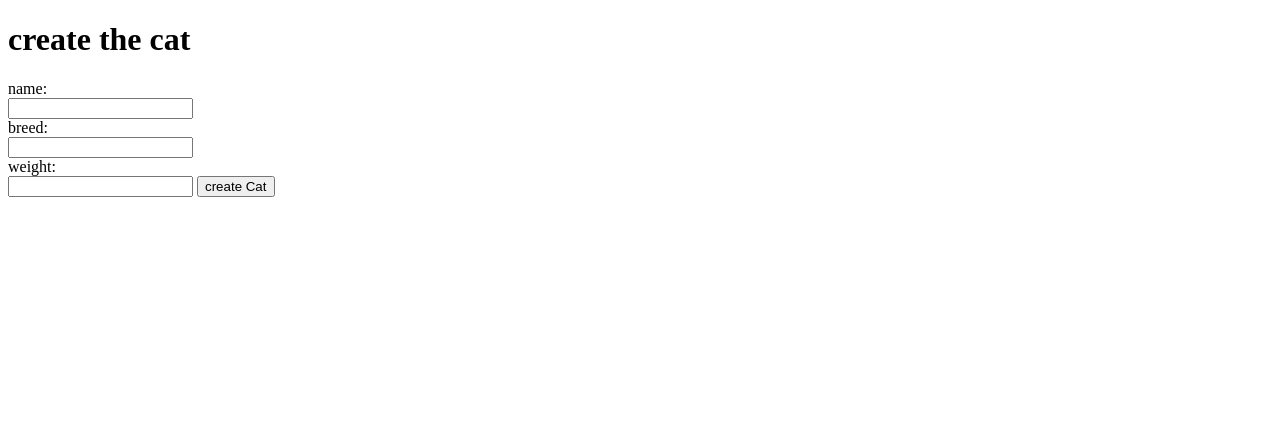
Repository: santsah11/javaStack
Page: http://localhost/ptes/Home
An editor plug-in stored every save of this project. The page is shown before and after the next save, followed by the edit.
The browser window is 1280 px wide. The pictures show the whole page.
The page is served by Tomcat 9.

Above is the page before, as saved 2018-12-01 01:52:18.

After the next save:
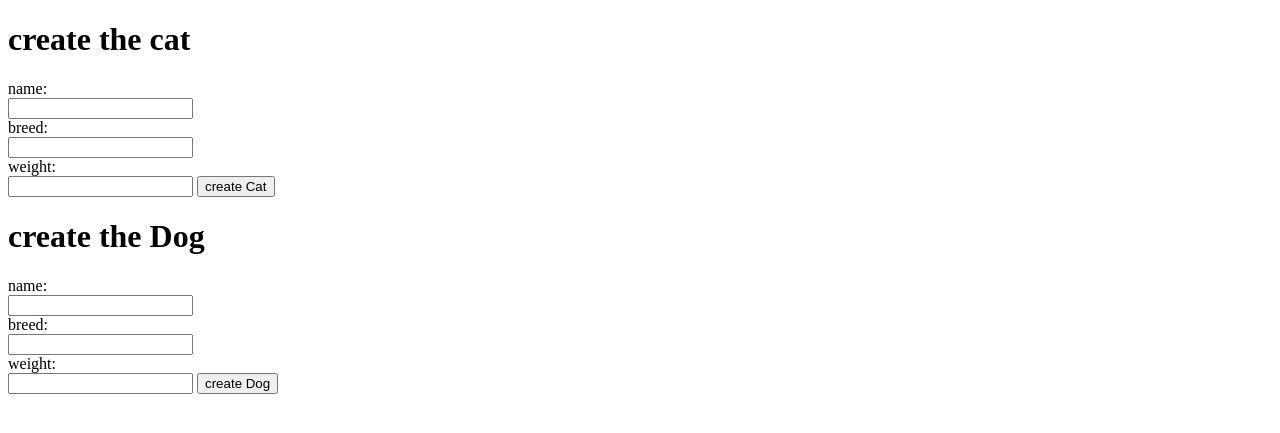
Saved 27 s later.
--- a/javaOntheWeb/ptes/WebContent/WEB-INF/index.jsp
+++ b/javaOntheWeb/ptes/WebContent/WEB-INF/index.jsp
@@ -20,6 +20,16 @@
 
 			</form>
 		</div>
+		<div>
+			<h1>create the Dog</h1>
+			<form>
+				name:<br> <input type="text" name="firstname"><br>
+				breed:<br> <input type="text" name="lastname"> <br>
+				weight:<br> <input type="int" name="lastname">
+				<button>create Dog</button>
+
+			</form>
+		</div>
 	</div>
 </body>
 </html>
